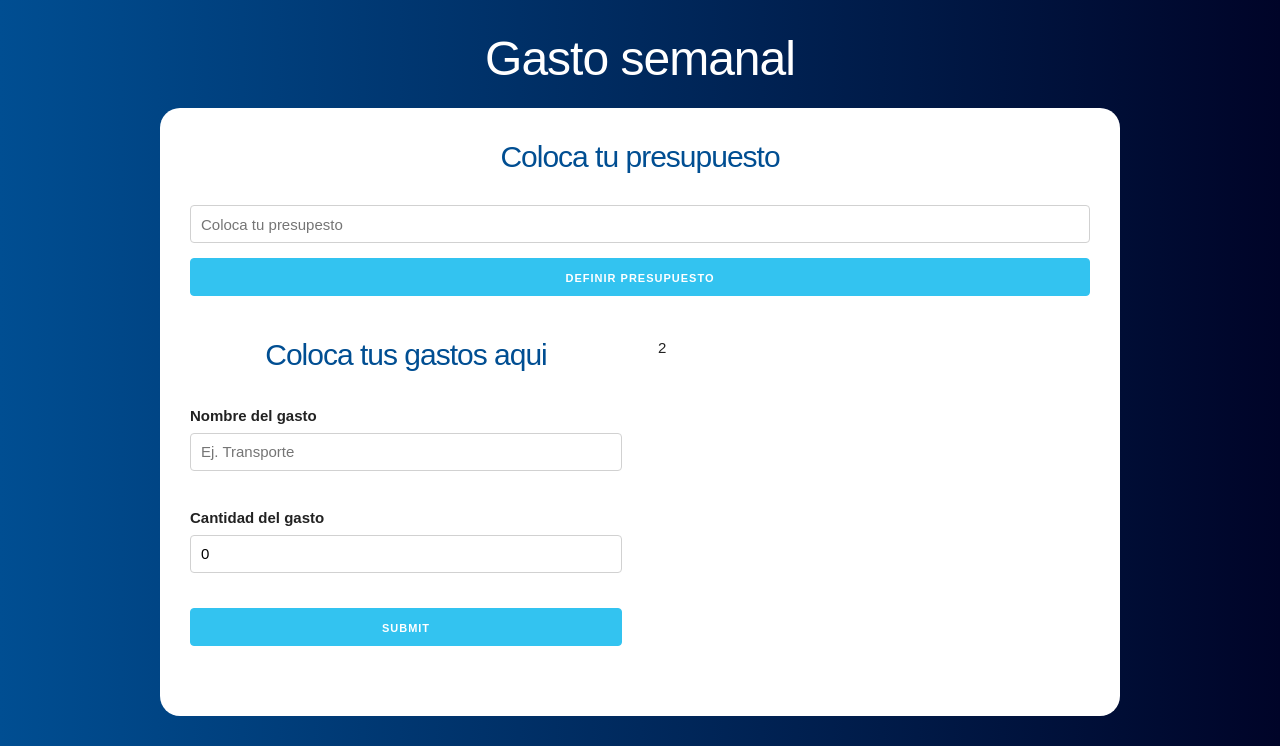
Repository: leonmezu1/presupuesto
Page: /
An editor plug-in stored every save of this project. The page is shown before and after the next save, followed by the edit.
The browser window is 1280 px wide. The pictures show the whole page.
The project was rebuilt for these pictures with package versions that can differ from the ones it lists, and the page was loaded fresh each time. Imported but missing from the stored project, and not drawn on this page: src/components/Error.

Above is the page before, as saved 2020-10-07 15:17:11.

### src/App.js
import React, { useState, useEffect } from "react";
import Formulario from "./components/Formulario";
import Pregunta from "./components/Pregunta";

function App() {
  const [presupuesto, guardarPresupuesto] = useState(0);
  const [restante, guardarRestante] = useState(0);
  const [pregunta, mostrarPregunta] = useState(true);
  const [gastos, guardarGastos] = useState([]);

  return (
    <div className="container">
      <header>
        <h1>Gasto semanal</h1>
        <div className="contenido-principal contenido">
          {pregunta ? (
            <Pregunta
              guardarPresupuesto={guardarPresupuesto}
              guardarRestante={guardarRestante}
              mostrarPregunta={mostrarPregunta}
            />
          ) : null}
          <div className="row">
            <div className="one-half column">
              <Formulario gastos={gastos} guardarGastos={guardarGastos}/>
            </div>
            <div className="one-half column">2</div>
          </div>
        </div>
      </header>
    </div>
  );
}

export default App;

### src/components/Formulario.js
import React, { useState, useEffect } from "react";
import shortid from "shortid";
import Error from "./Error";

const Formulario = ({ gastos, guardarGastos }) => {
  const [nombre, guardarNombre] = useState("");
  const [cantidad, guardarCantidad] = useState(0);
  const [error, guardarError] = useState(false);

  const agregarGasto = (e) => {
    e.preventDefault();

    if (cantidad < 1 || isNaN(cantidad) || nombre.trim() === "") {
      guardarError(true);
      return;
    }

    guardarError(false);

    const gasto = {
      nombre,
      cantidad,
      id: shortid.generate(),
    };

    guardarGastos([...gastos, gasto]);

    guardarNombre("");
    guardarCantidad(0);
  };

  return (
    <form onSubmit={agregarGasto}>
      <h2>Coloca tus gastos aqui</h2>
      {error ? (
        <Error mensaje="Ambos campos son obligatorios o el presupuesto es incorrecto" />
      ) : null}
      <div className="campo">
        <label>Nombre del gasto</label>
        <input
          type="text"
          className="u-full-width"
          placeholder="Ej. Transporte"
          value={nombre}
          onChange={(e) => guardarNombre(e.target.value)}
        />
      </div>
      <div className="campo">
        <label>Cantidad del gasto</label>
        <input
          type="number"
          className="u-full-width"
          placeholder="Ej. 300"
          value={cantidad}
          onChange={(e) => guardarCantidad(parseInt(e.target.value))}
        />
      </div>
      <input type="submit" className="button-primary u-full-width" />
    </form>
  );
};

export default Formulario;

### src/components/Pregunta.js
import React, { Fragment, useState, useEffect } from 'react';
import Error from './Error';

const Pregunta = ({guardarPresupuesto, guardarRestante, mostrarPregunta}) => {
    const [cantidad, guardarCantidad] = useState(0);
    const [error, guardarError] = useState(false);
    const agregarPresupuesto = e => {
        e.preventDefault();
        if (cantidad < 1 || isNaN(cantidad)) {
            guardarError(true);
            return
        }
        guardarError(false);
        guardarPresupuesto(cantidad);
        guardarRestante(cantidad);
        mostrarPregunta(false);
    }

    return (
        <Fragment>
            <h2>Coloca tu presupuesto</h2>
            { error ? <Error mensaje="El presupuesto es incorrecto" /> : null }
            <form onSubmit={agregarPresupuesto}>
                <input
                    type="number"
                    className="u-full-width"
                    placeholder="Coloca tu presupesto"
                    onChange={e => {
                        guardarCantidad(parseInt(e.target.value));
                    }}
                />
                <input
                    type="submit"
                    className="button-primary u-full-width"
                    value="Definir presupuesto"
                />
            </form>
        </Fragment>

    );
}

export default Pregunta;

### src/components/listado.js
import React from 'react';

const Listado = () => {
    return (
        <div className="gastos-realizados">
            <h2>Listado</h2>
        </div>
    );
}

export default Listado;

Loaded but not shown: public/index.html (common file); src/index.js (common file); src/index.css (common file); src/serviceWorker.js (common file)

After the next save:
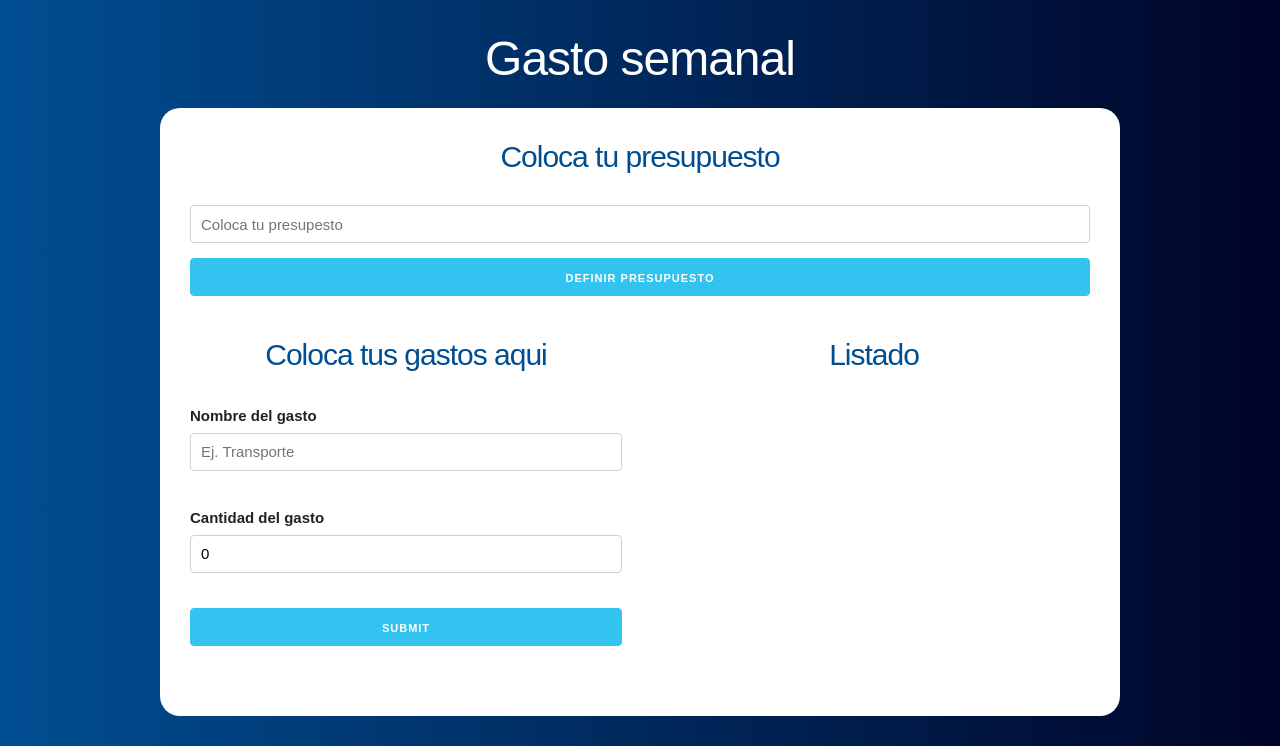
Saved 33 s later.
--- a/src/App.js
+++ b/src/App.js
@@ -1,5 +1,6 @@
 import React, { useState, useEffect } from "react";
 import Formulario from "./components/Formulario";
+import Listado from "./components/listado";
 import Pregunta from "./components/Pregunta";
 
 function App() {
@@ -24,7 +25,9 @@ function App() {
             <div className="one-half column">
               <Formulario gastos={gastos} guardarGastos={guardarGastos}/>
             </div>
-            <div className="one-half column">2</div>
+            <div className="one-half column">
+              <Listado gastos={gastos}/>
+            </div>
           </div>
         </div>
       </header>
